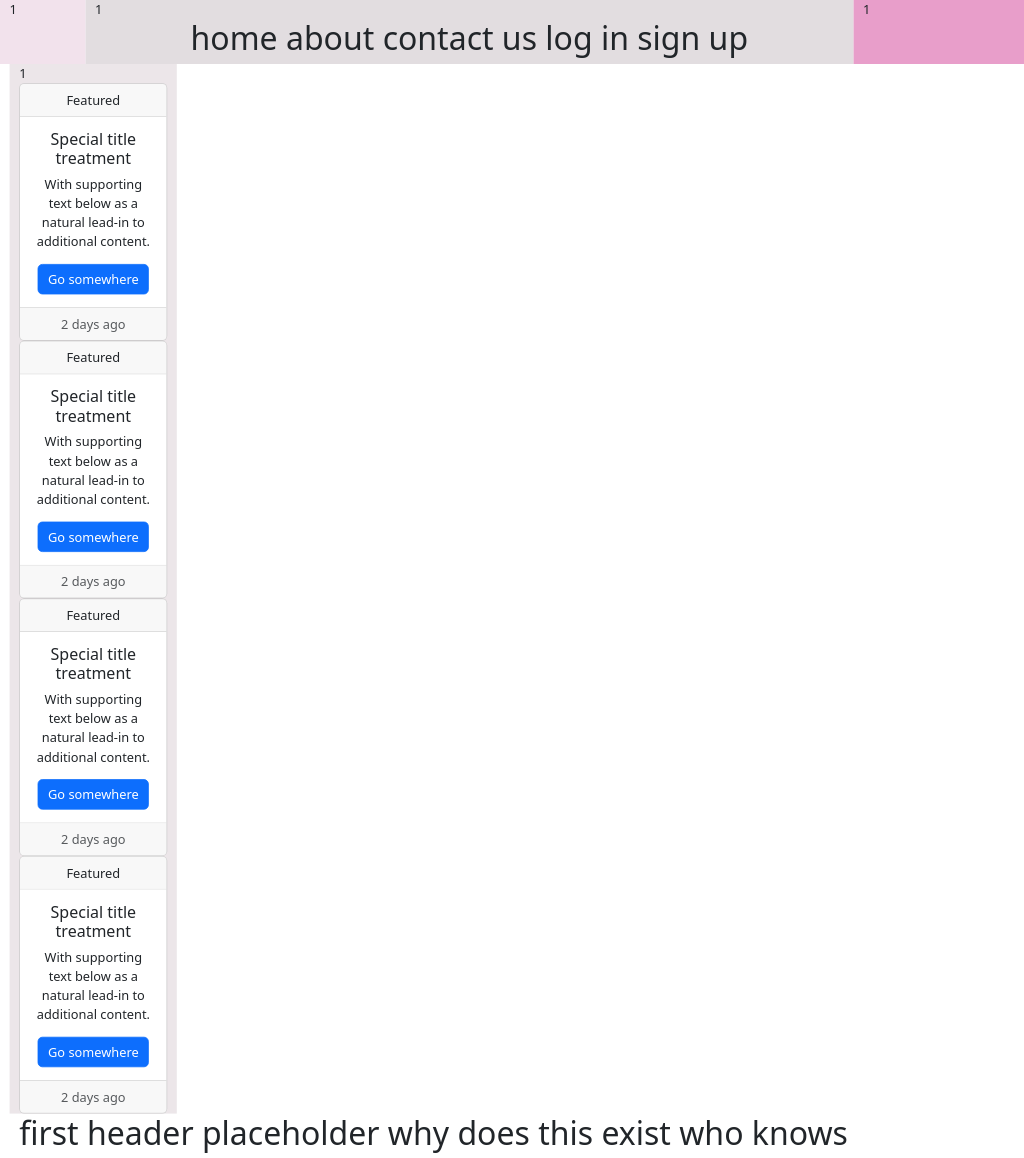
Repository: Treestr/classroom-assistant
Page: templates/homepage.html
An editor plug-in stored every save of this project. The page is shown before and after a run of saves, followed by the edit.
The browser window is 1280 px wide. The pictures show the whole page, at 80% of full size.
The template is drawn by Flask 3. The application's start-up code is not run. The template is opened directly, without the code that normally fills it, so the values that code supplies are empty.

Above is the page before, as saved 2024-04-21 22:09:45.

After the next 2 saves:
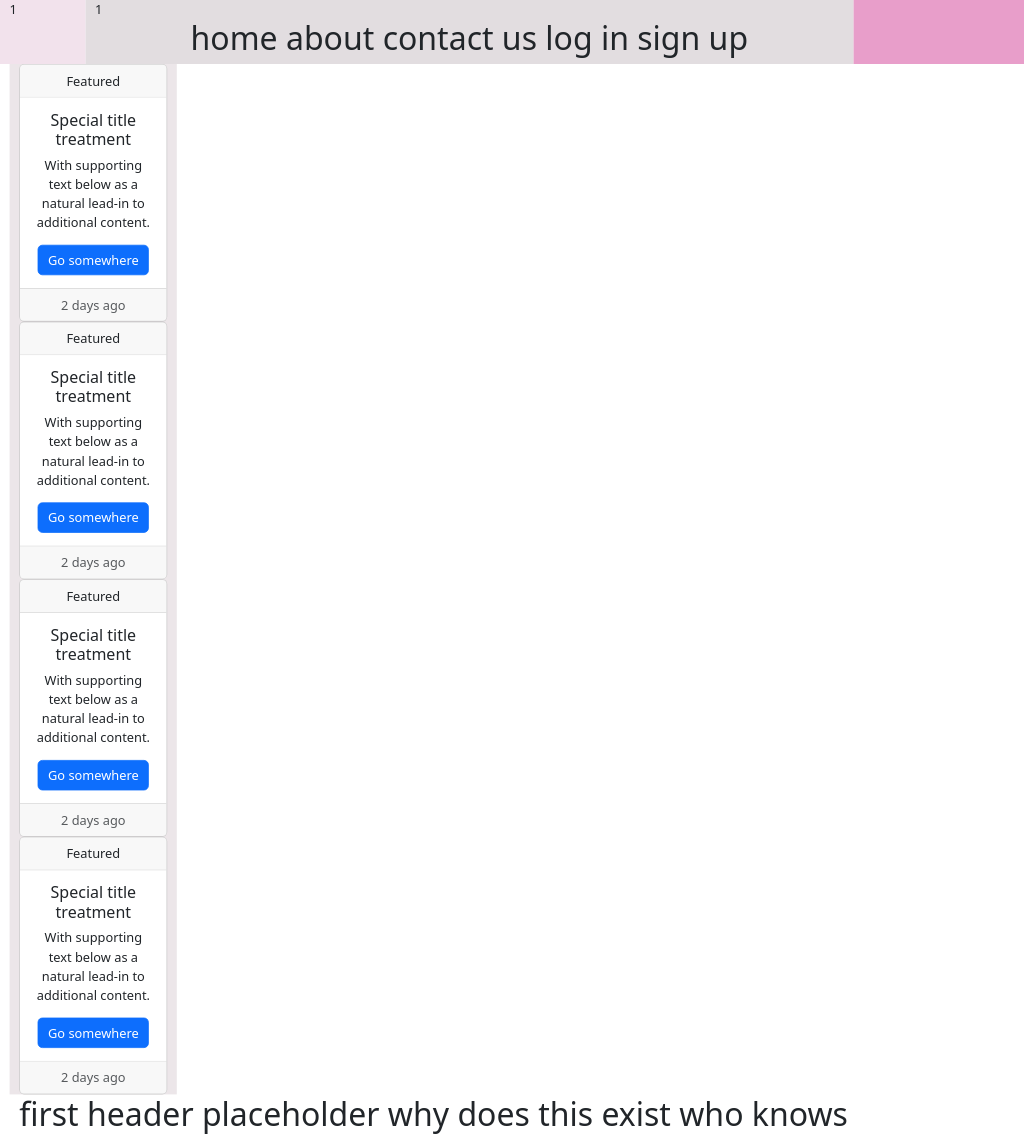
The 2 saves are shown as one change because they came seconds apart.
The last was saved 39 s later.
--- a/templates/homepage.html
+++ b/templates/homepage.html
@@ -21,13 +21,13 @@
           <div class="col-9" style="background-color: rgb(226, 221, 224)">1
           <h1><center>home about contact us log in sign up </center></h1>
         </div>
-           <div class="col-2" style="background-color: rgb(232, 158, 202)">1</div>
+           <div class="col-2" style="background-color: rgb(232, 158, 202)"></div>
       </div>
 
       <!-- second container -->
       <div class="container-fluid">
     <div class="row">
-        <div class="col-2" style="background-color: rgb(236, 230, 233)">1
+        <div class="col-2" style="background-color: rgb(236, 230, 233)">
             <div class="row"></div>
 
 
